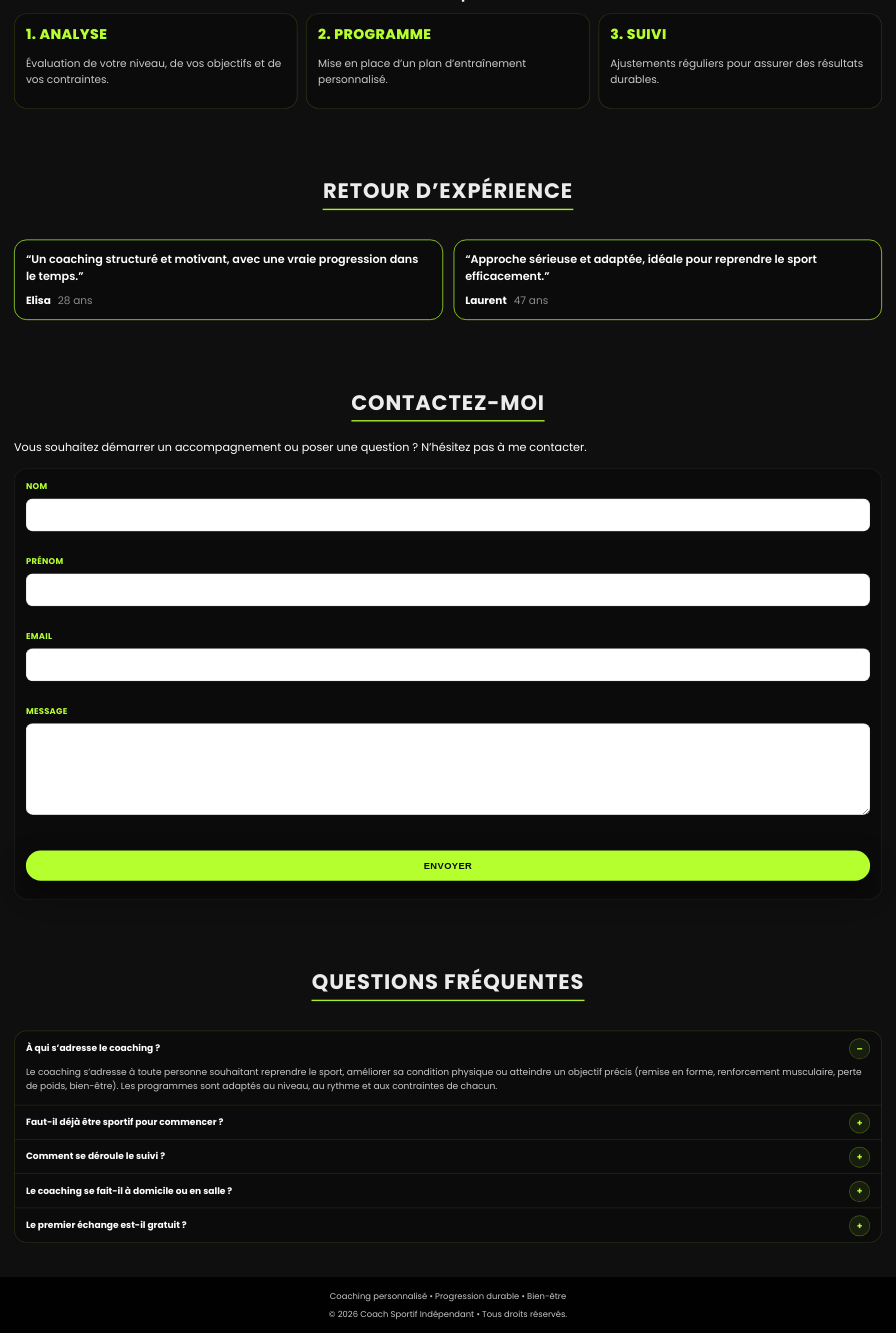
Repository: ThomasHdrd/CoachFitness
Page: index.html
An editor plug-in stored every save of this project. The page is shown before and after the next save, followed by the edit.
The browser window is 1280 px wide. The pictures show the part of the page from y = 1213 to 3133 px (the page is 3117 px tall before and 3133 px after), at 70% of full size.

Above is the page before, as saved 2026-01-20 22:58:23.

After the next save:
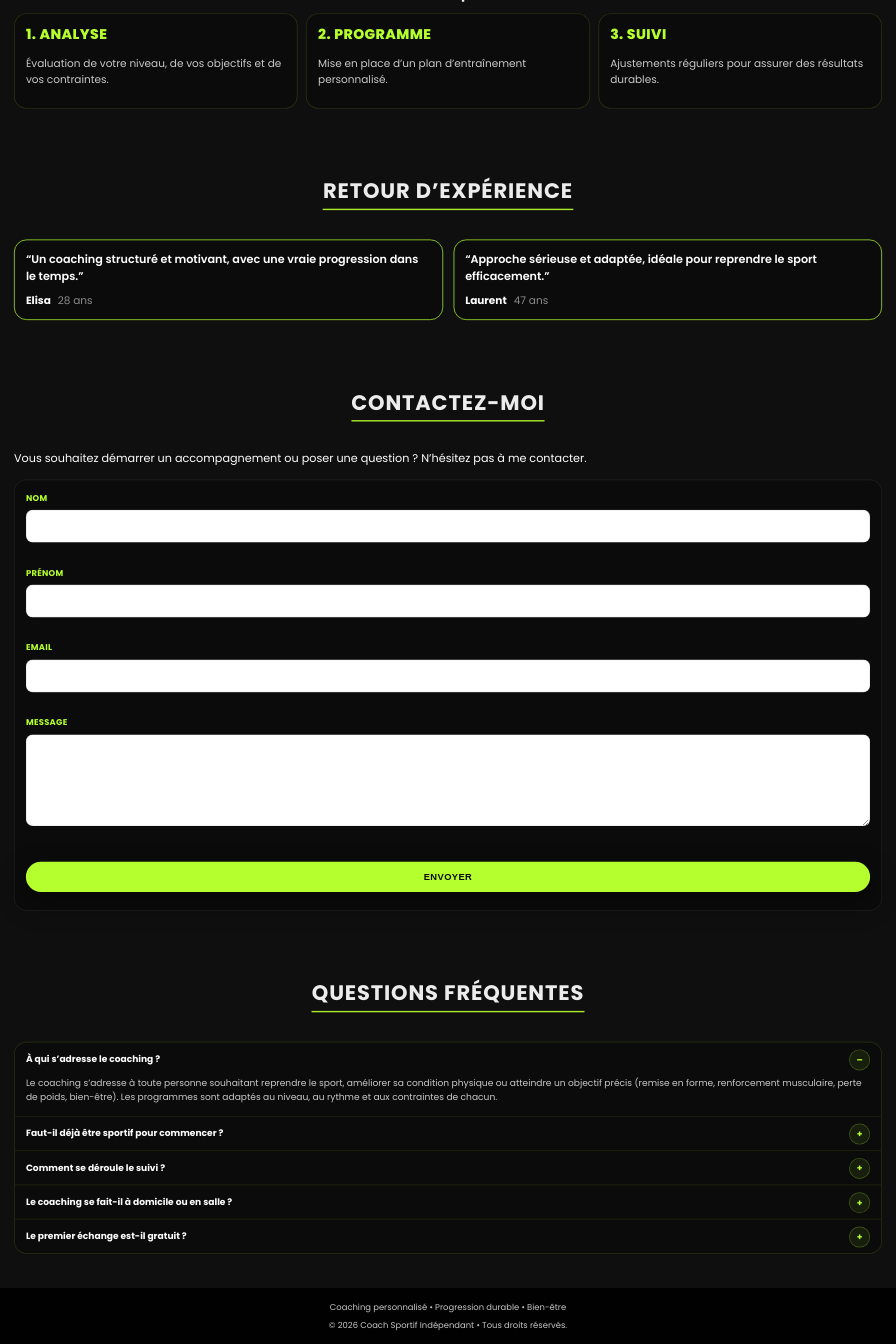
Saved 10 s later.
--- a/index.html
+++ b/index.html
@@ -161,6 +161,7 @@
         <div class="section-title-wrapper">
             <h2 class="section-title">CONTACTEZ-MOI</h2>
         </div>
+        <p>
           Vous souhaitez démarrer un accompagnement ou poser une question ? N’hésitez pas à me contacter.
         </p>
 
